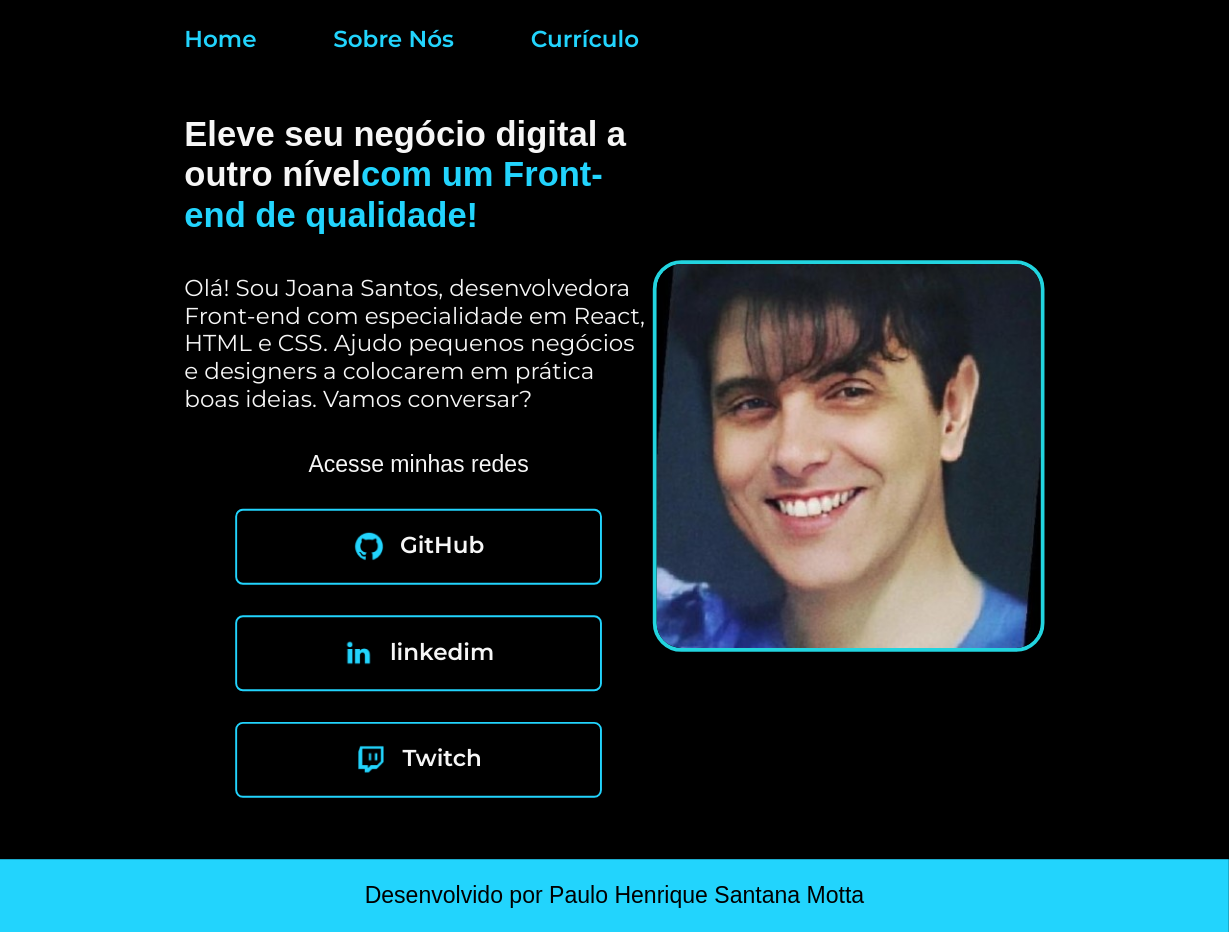
Repository: phsmottanerd/projeto-portfolio-alura
Page: index.html
The author's editor kept a copy of each file at every save. The page is drawn from the files as they stood at one save, then again after the next save.
The browser window is 1280 px wide. The pictures show the whole page, at 96% of full size.
Some web fonts or font styles are not loaded; a fallback is used.

Above is the page before, as saved 2025-01-28 00:57:22.

After the next save:
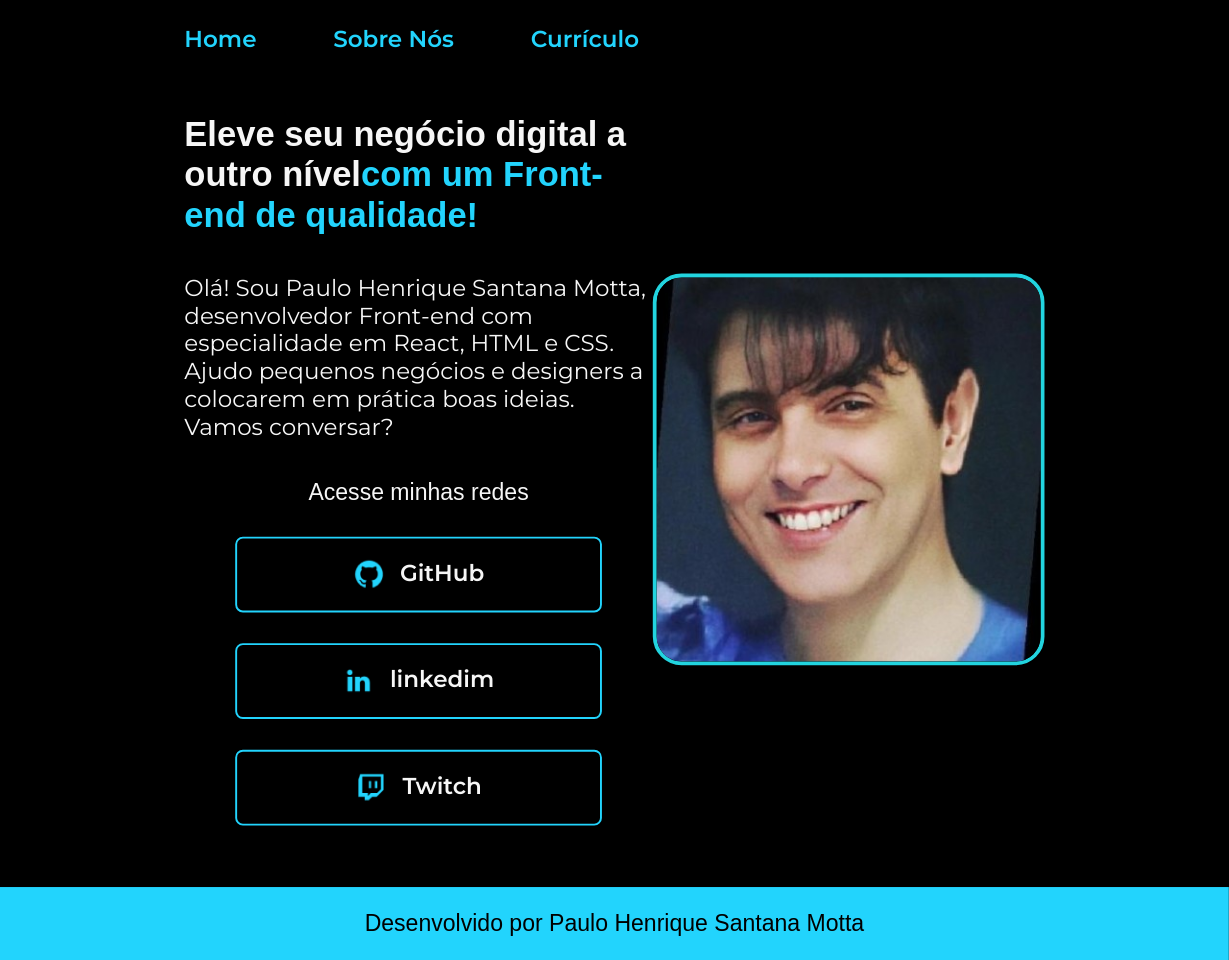
Saved 2 min 15 s later.
--- a/index.html
+++ b/index.html
@@ -24,7 +24,7 @@
           </strong>
         </h1>
         <p class="apresentacao__conteudo__texto">
-          Olá! Sou Joana Santos, desenvolvedora Front-end com especialidade em
+          Olá! Sou Paulo Henrique Santana Motta, desenvolvedor Front-end com especialidade em
           React, HTML e CSS. Ajudo pequenos negócios e designers a colocarem em
           prática boas ideias. Vamos conversar?
         </p>
